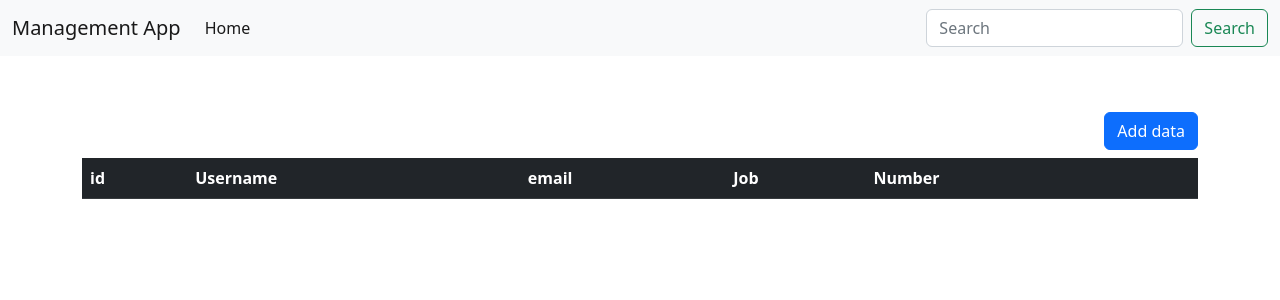
Repository: iamevs/Employee-Management-System
Page: / (app in client/)
These files come from the project's save history. The page is drawn as it stood at one moment and after the next save; the edit follows.
The browser window is 1280 px wide. The pictures show the whole page.
The page's requests for data from a server got no answer. The project was rebuilt for these pictures with package versions that can differ from the ones it lists, and the page was loaded fresh each time. No one was signed in, and anything a server would have sent is missing. Also part of the build but not shown: client/vite.config.js, client/src/components/Register.jsx, client/src/components/Edit.jsx. Imported but missing from the stored project, and not drawn on this page: client/src/components/Details.

Above is the page before, as saved 2022-11-28 19:32:28.

After the next save:
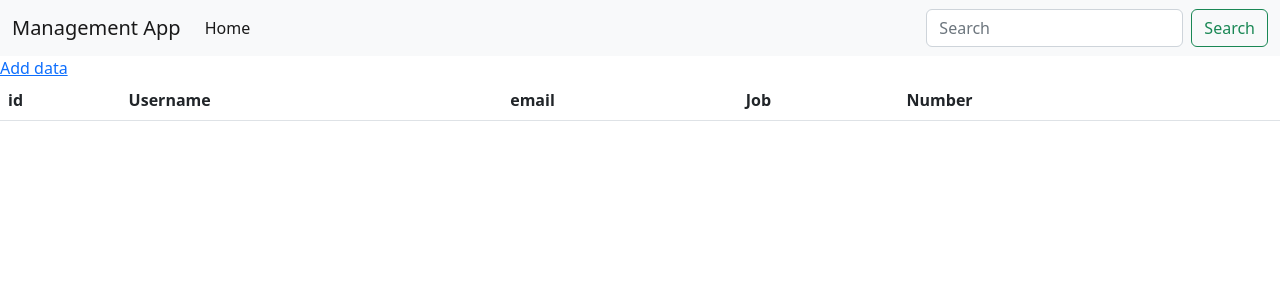
Saved 2 min 17 s later.
--- a/client/src/components/Home.jsx
+++ b/client/src/components/Home.jsx
@@ -75,18 +75,18 @@
             {
                 udata ?
                     <>
-                        <div class="alert alert-success alert-dismissible fade show" role="alert">
+                        <div className="alert alert-success alert-dismissible fade show" role="alert">
                             <strong>{udata.name}</strong>  added succesfully!
-                            <button type="button" class="btn-close" data-bs-dismiss="alert" aria-label="Close"></button>
+                            <button type="button" className="btn-close" data-bs-dismiss="alert" aria-label="Close"></button>
                         </div>
                     </> : ""
             }
             {
                 updata ?
                     <>
-                        <div class="alert alert-success alert-dismissible fade show" role="alert">
+                        <div className="alert alert-success alert-dismissible fade show" role="alert">
                             <strong>{updata.name}</strong>  updated succesfully!
-                            <button type="button" class="btn-close" data-bs-dismiss="alert" aria-label="Close"></button>
+                            <button type="button" className="btn-close" data-bs-dismiss="alert" aria-label="Close"></button>
                         </div>
                     </> : ""
             }
@@ -94,23 +94,23 @@
             {
                 dltdata ?
                     <>
-                        <div class="alert alert-danger alert-dismissible fade show" role="alert">
+                        <div className="alert alert-danger alert-dismissible fade show" role="alert">
                             <strong>{dltdata.name}</strong>  deleted succesfully!
-                            <button type="button" class="btn-close" data-bs-dismiss="alert" aria-label="Close"></button>
+                            <button type="button" className="btn-close" data-bs-dismiss="alert" aria-label="Close"></button>
                         </div>
                     </> : ""
             }
 
 
-            <div className="mt-5">
-                <div className="container">
-                    <div className="add_btn mt-2 mb-2">
-                        <NavLink to="/register" className="btn btn-primary">Add data</NavLink>
+            <div classNameName="mt-5">
+                <div classNameName="container">
+                    <div classNameName="add_btn mt-2 mb-2">
+                        <NavLink to="/register" classNameName="btn btn-primary">Add data</NavLink>
                     </div>
 
-                    <table class="table">
+                    <table className="table">
                         <thead>
-                            <tr className="table-dark">
+                            <tr classNameName="table-dark">
                                 <th scope="col">id</th>
                                 <th scope="col">Username</th>
                                 <th scope="col">email</th>
@@ -131,10 +131,10 @@
                                                 <td>{element.email}</td>
                                                 <td>{element.work}</td>
                                                 <td>{element.mobile}</td>
-                                                <td className="d-flex justify-content-between">
-                                                    <NavLink to={`view/${element.id}`}> <button className="btn btn-success"><RemoveRedEyeIcon /></button></NavLink>
-                                                    <NavLink to={`edit/${element.id}`}>  <button className="btn btn-primary"><CreateIcon /></button></NavLink>
-                                                    <button className="btn btn-danger" onClick={() => deleteuser(element.id)}><DeleteOutlineIcon /></button>
+                                                <td classNameName="d-flex justify-content-between">
+                                                    <NavLink to={`view/${element.id}`}> <button classNameName="btn btn-success"><RemoveRedEyeIcon /></button></NavLink>
+                                                    <NavLink to={`edit/${element.id}`}>  <button classNameName="btn btn-primary"><CreateIcon /></button></NavLink>
+                                                    <button classNameName="btn btn-danger" onClick={() => deleteuser(element.id)}><DeleteOutlineIcon /></button>
                                                 </td>
                                             </tr>
                                         </>

After the save that followed:
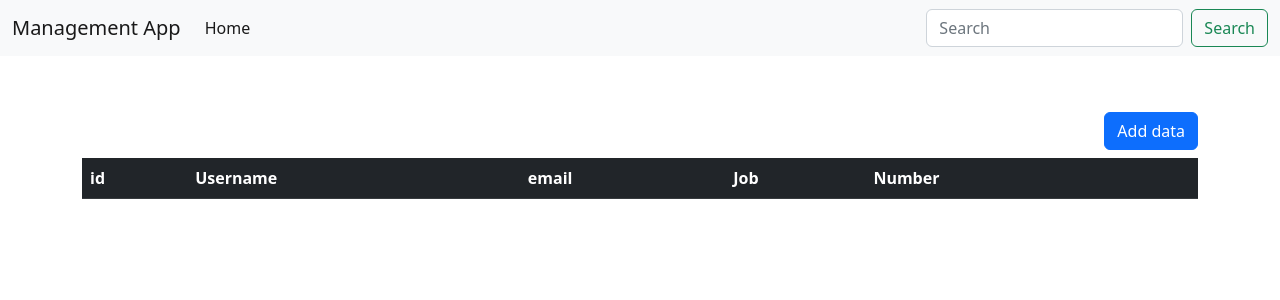
Saved 112 s later.
--- a/client/src/components/Home.jsx
+++ b/client/src/components/Home.jsx
@@ -102,15 +102,15 @@
             }
 
 
-            <div classNameName="mt-5">
-                <div classNameName="container">
-                    <div classNameName="add_btn mt-2 mb-2">
-                        <NavLink to="/register" classNameName="btn btn-primary">Add data</NavLink>
+            <div className="mt-5">
+                <div className="container">
+                    <div className="add_btn mt-2 mb-2">
+                        <NavLink to="/register" className="btn btn-primary">Add data</NavLink>
                     </div>
 
-                    <table className="table">
+                    <table class="table">
                         <thead>
-                            <tr classNameName="table-dark">
+                            <tr className="table-dark">
                                 <th scope="col">id</th>
                                 <th scope="col">Username</th>
                                 <th scope="col">email</th>
@@ -131,10 +131,10 @@
                                                 <td>{element.email}</td>
                                                 <td>{element.work}</td>
                                                 <td>{element.mobile}</td>
-                                                <td classNameName="d-flex justify-content-between">
-                                                    <NavLink to={`view/${element.id}`}> <button classNameName="btn btn-success"><RemoveRedEyeIcon /></button></NavLink>
-                                                    <NavLink to={`edit/${element.id}`}>  <button classNameName="btn btn-primary"><CreateIcon /></button></NavLink>
-                                                    <button classNameName="btn btn-danger" onClick={() => deleteuser(element.id)}><DeleteOutlineIcon /></button>
+                                                <td className="d-flex justify-content-between">
+                                                    <NavLink to={`view/${element.id}`}> <button className="btn btn-success"><RemoveRedEyeIcon /></button></NavLink>
+                                                    <NavLink to={`edit/${element.id}`}>  <button className="btn btn-primary"><CreateIcon /></button></NavLink>
+                                                    <button className="btn btn-danger" onClick={() => deleteuser(element.id)}><DeleteOutlineIcon /></button>
                                                 </td>
                                             </tr>
                                         </>
